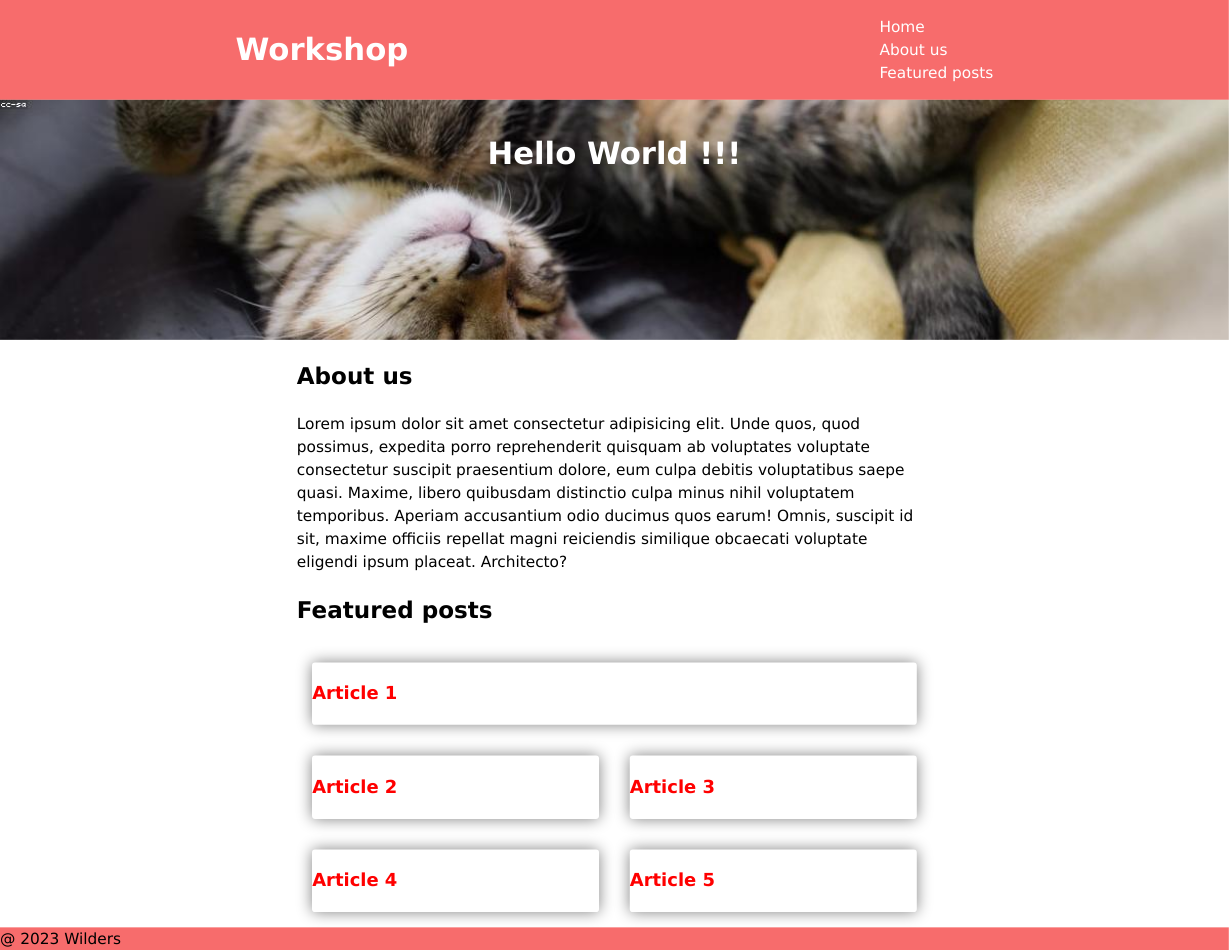
Repository: PPaillard/cssresponsive
Page: index.html
An editor plug-in stored every save of this project. The page is shown before and after the next save, followed by the edit.
The browser window is 1280 px wide. The pictures show the whole page, at 96% of full size.

Above is the page before, as saved 2023-03-03 14:44:27.

### index.html
<!DOCTYPE html>
<html lang="en">
  <head>
    <meta charset="UTF-8" />
    <meta http-equiv="X-UA-Compatible" content="IE=edge" />
    <meta name="viewport" content="width=device-width, initial-scale=1.0" />
    <title>Document</title>
    <link rel="stylesheet" href="style.css" />
  </head>
  <body>
    <nav>
      <h2>Workshop</h2>
      <ul>
        <li><a href="#home">Home</a></li>
        <li><a href="#aboutus">About us</a></li>
        <li><a href="#featuredposts">Featured posts</a></li>
      </ul>
    </nav>
    <header>
      <h1>Hello World !!!</h1>
    </header>
    <main>
      <section>
        <h2>About us</h2>
        <p>
          Lorem ipsum dolor sit amet consectetur adipisicing elit. Unde quos,
          quod possimus, expedita porro reprehenderit quisquam ab voluptates
          voluptate consectetur suscipit praesentium dolore, eum culpa debitis
          voluptatibus saepe quasi. Maxime, libero quibusdam distinctio culpa
          minus nihil voluptatem temporibus. Aperiam accusantium odio ducimus
          quos earum! Omnis, suscipit id sit, maxime officiis repellat magni
          reiciendis similique obcaecati voluptate eligendi ipsum placeat.
          Architecto?
        </p>
      </section>
      <section id="featured-posts">
        <h2>Featured posts</h2>
        <div>
          <article><h1>Article 1</h1></article>
          <article><h1>Article 2</h1></article>
          <article><h1>Article 3</h1></article>
          <article><h1>Article 4</h1></article>
          <article><h1>Article 5</h1></article>
        </div>
      </section>
    </main>
    <footer>@ 2023 Wilders</footer>
  </body>
</html>

### style.css
* {
  box-sizing: border-box;
}

body {
  margin: 0;
  line-height: 1.5;
  font-family: Verdana, Geneva, Tahoma, sans-serif;
}

/* Navigation */
nav {
  display: flex;
  justify-content: space-around;
  align-items: center;
  background-color: #f76c6c;
  color: #ffffff;
}

nav > h2 {
  margin: 0;
  font-size: clamp(2rem, 4vh, 6rem);
}

nav ul {
  margin: 0;
  padding: 1rem 0;
}

nav ul li {
  list-style: none;
}

nav ul li a {
  color: white;
  text-decoration: none;
}
/* fin de navigation */
/* header */

header {
  min-height: 250px;
  text-align: center;
  background-image: url("65535_52214085447_ec2bf04bd7_h_1200_300_nofilter.jpg");
  background-repeat: no-repeat;
  background-size: cover;
}
header h1 {
  color: white;
  margin: 0;
  padding-top: 2rem;
}

section {
  margin: 0 auto;
  max-width: 65ch;
}

section article {
  display: inline-block;
  color: red;
  margin: 1rem;
  border-radius: 0.2rem;
  box-shadow: 0 0 1rem grey;
}

#featured-posts > div {
  display: grid;
  grid-template-columns: 1fr 1fr;
}

#featured-posts > div > article:first-of-type {
  grid-column: 1/3;
}

footer {
  background-color: #f76c6c;
}

After the next save:
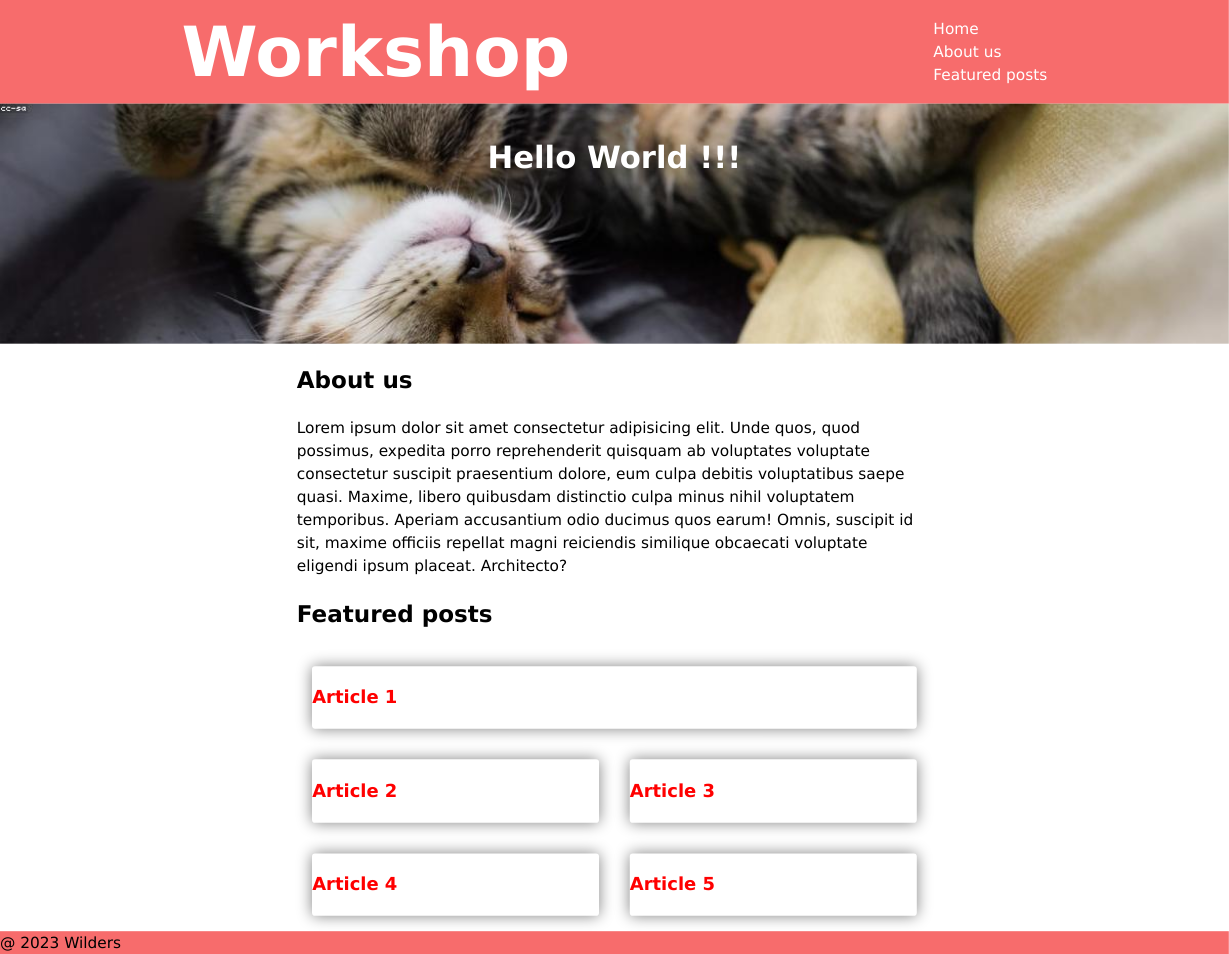
Saved 8 s later.
--- a/style.css
+++ b/style.css
@@ -19,7 +19,7 @@
 
 nav > h2 {
   margin: 0;
-  font-size: clamp(2rem, 4vh, 6rem);
+  font-size: clamp(2rem, 10vh, 6rem);
 }
 
 nav ul {

After the save that followed:
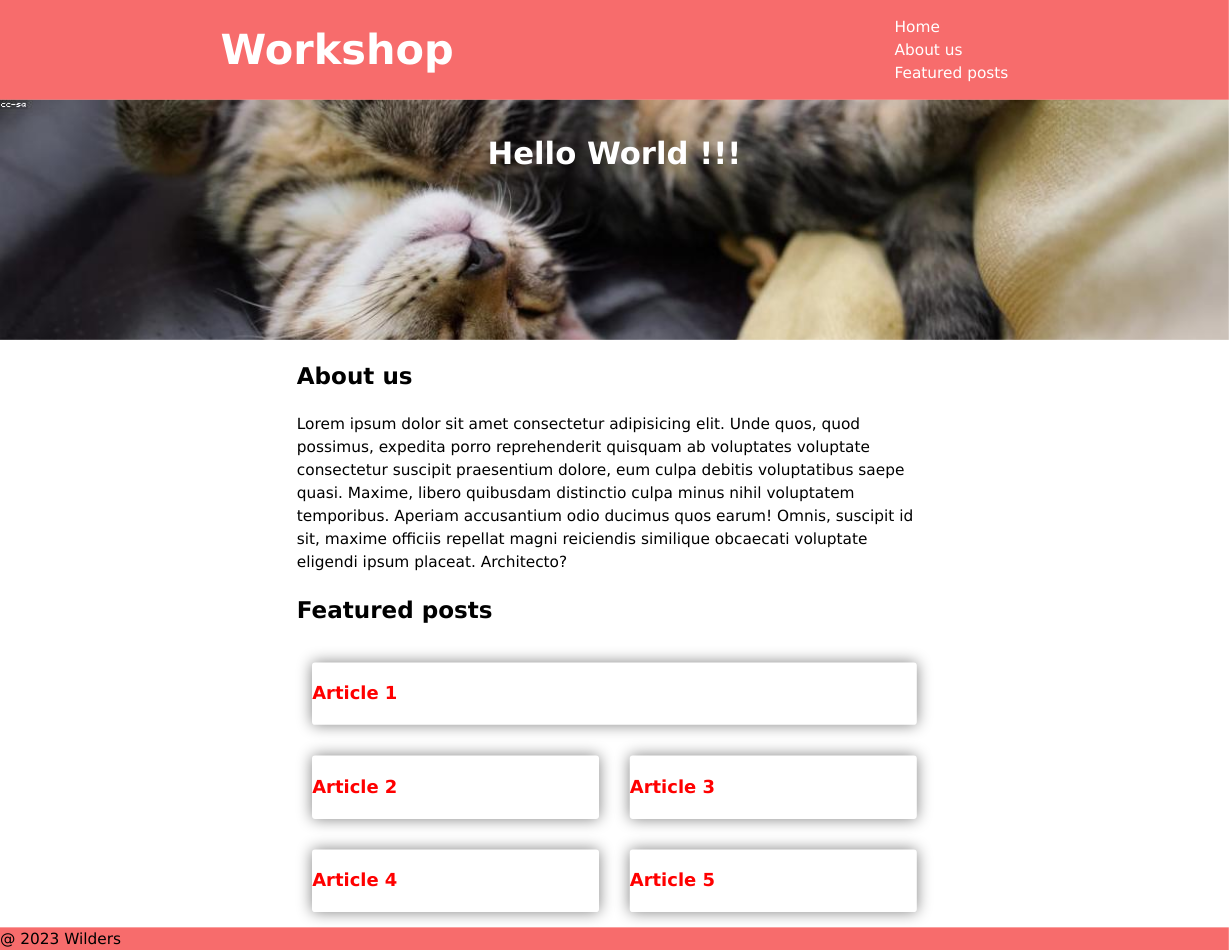
Saved 11 s later.
--- a/style.css
+++ b/style.css
@@ -19,7 +19,7 @@
 
 nav > h2 {
   margin: 0;
-  font-size: clamp(2rem, 10vh, 6rem);
+  font-size: clamp(2rem, 6vh, 6rem);
 }
 
 nav ul {
